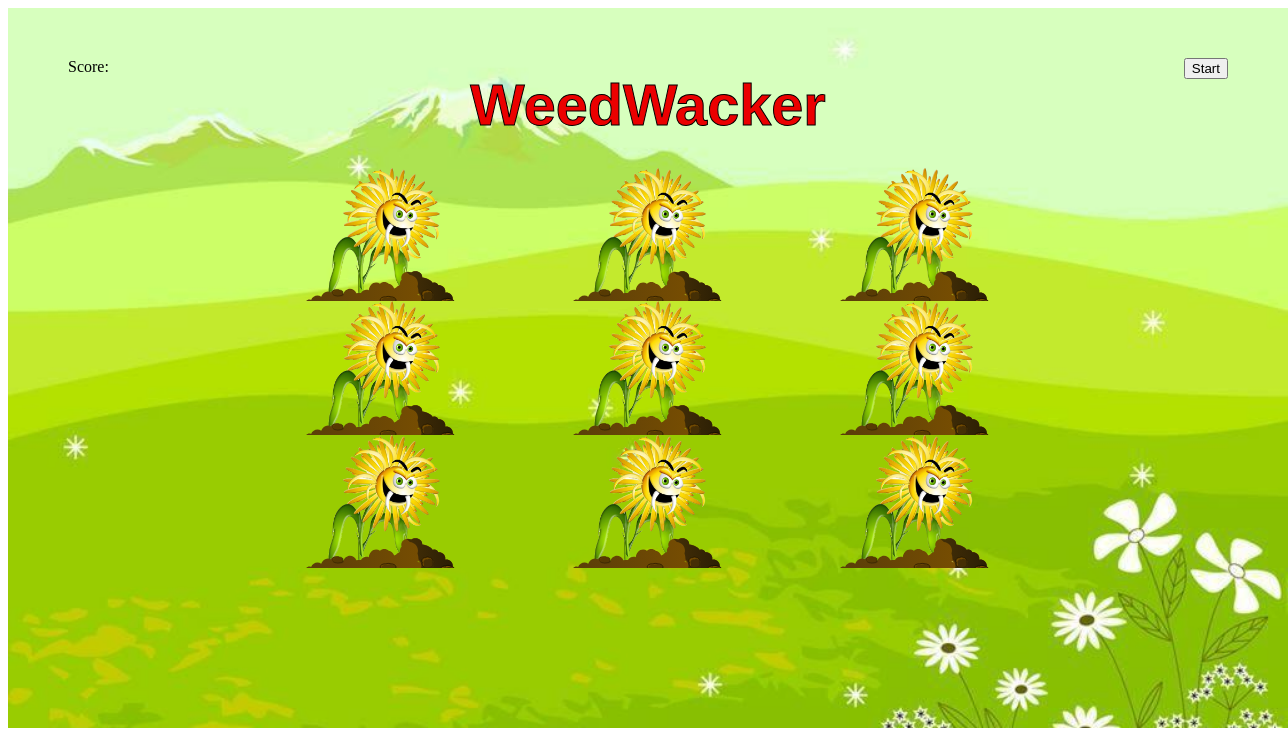
Repository: AustinW24/weedwacker
Page: index.html
These files come from the project's save history. The page is drawn as it stood at one moment and after the next save; the edit follows.
The browser window is 1280 px wide. The page is 1288 px wide, so the pictures cover 1288 px, including what lies to the right of the window. The pictures show the whole page.
Some web fonts or font styles are not loaded; a fallback is used.

Above is the page before, as saved 2022-02-09 10:27:37.

After the next save:
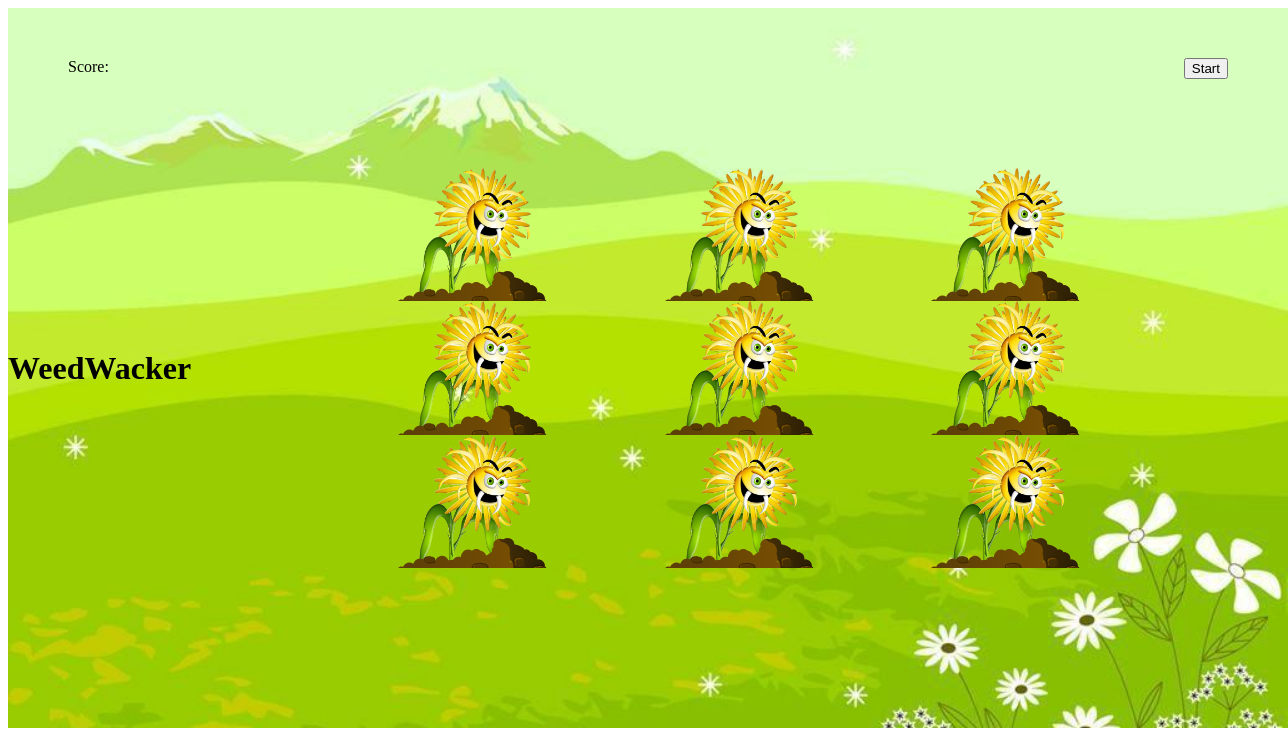
Saved 5 s later.
--- a/style.css
+++ b/style.css
@@ -68,7 +68,7 @@
     transition: all 0.4s ease;
 }
 
-
+.hole.up
 
 .heading {
     display: flex;

After the save that followed:
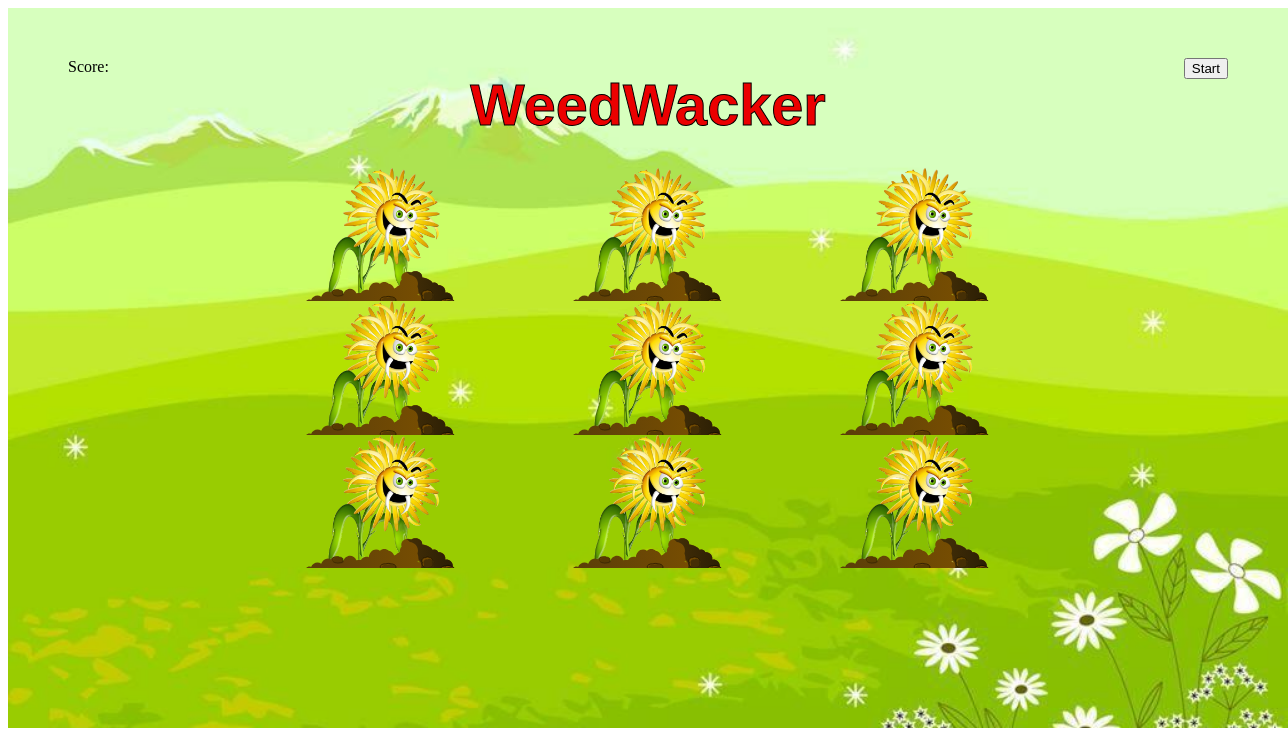
Saved 6 s later.
--- a/style.css
+++ b/style.css
@@ -68,7 +68,9 @@
     transition: all 0.4s ease;
 }
 
-.hole.up
+.hole.up .plant {
+    top: 0;
+}
 
 .heading {
     display: flex;
